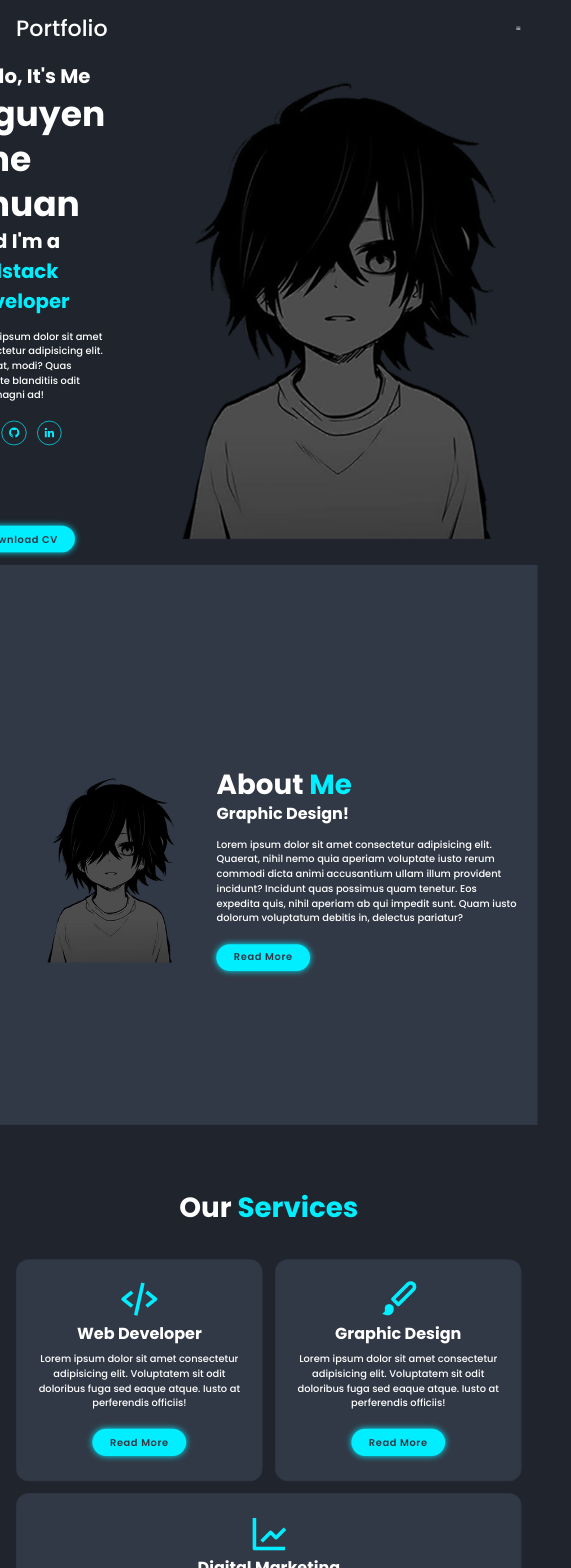
Repository: nguyenthethuan2004/portfolio
Page: index.html
An editor plug-in stored every save of this project. The page is shown before and after a run of saves, followed by the edit.
The browser window is 768 px wide. The page is 816 px wide, then 768 px, so the pictures cover 816 px, including what lies to the right of the window. The pictures show the part of the page from y = 0 to 2240 px (the page is 4093 px tall before and 4398 px after), at 70% of full size.

Above is the page before, as saved 2023-10-03 19:11:19.
Console error: ReferenceError: navbar is not defined

### index.html
<!DOCTYPE html>
<html lang="en">
  <head>
    <meta charset="UTF-8" />
    <meta name="viewport" content="width=device-width, initial-scale=1.0" />
    <title>Nguyen The Thuan</title>

    <!-- custom css -->

    <link rel="stylesheet" href="css/style.css" />

    <!-- box icon -->

    <link
      href="https://unpkg.com/boxicons@2.1.4/css/boxicons.min.css"
      rel="stylesheet"
    />
  </head>
  <body>

    <!-- header design -->

    <header class="header">
      <a href="#" class="logo" id="menu-icon">Portfolio</a>

      <i class='bx bx-menu' ></i>

      <nav class="navbar">
        <a href="#home" class="active">Home</a>
        <a href="#about">About</a>
        <a href="#services">Services</a>
        <a href="#portfolio">Portfolio</a>
        <a href="#contact">Contact</a>
      </nav>
    </header>

    <!-- home setion design -->

    <section class="home" id="home">
      <div class="home-content">
        <h3>Hello, It's Me</h3>
        <h1>Nguyen The Thuan</h1>
        <h3>And I'm a <span>Fullstack Developer</span></h3>
        <p>
          Lorem ipsum dolor sit amet consectetur adipisicing elit. Repellat,
          modi? Quas sapiente blanditiis odit nam magni ad!
        </p>
        <div class="social-media">
          <a href=""><i class="bx bxl-facebook"></i></a>
          <a href=""><i class="bx bxl-github"></i></a>
          <a href=""><i class="bx bxl-linkedin"></i></a>
          <a href=""><i class="bx bxl-youtube"></i></a>
        </div>

        <a href="#" class="btn">Download CV</a>
      </div>

      <div class="home-img">
        <img
          src="Image/315543773_466116068957574_5528625686489521569_n (1).png" alt="Anh"
        />
      </div>
    </section>

    <!-- about section design -->

    <section class="about" id="about">
      <div class="about-img">
        <img src="Image/315543773_466116068957574_5528625686489521569_n (1).png" alt="">
      </div>
      <div class="about-content">
        <h2 class="heading">About <span>Me</span></h2>
        <h3>Graphic Design!</h3>
        <p>Lorem ipsum dolor sit amet consectetur adipisicing elit. Quaerat, nihil nemo quia aperiam voluptate iusto rerum commodi dicta animi accusantium ullam illum provident incidunt? Incidunt quas possimus quam tenetur. Eos expedita quis, nihil aperiam ab qui impedit sunt. Quam iusto dolorum voluptatum debitis in, delectus pariatur?</p>
        <a href="#" class="btn">Read More</a>
      </div>
    </section>

    <!-- services section design -->

    <section class="services" id="services">
      <h2 class="heading">Our <span>Services</span></h2>

      <div class="services-container">
        <div class="services-box">
          <i class='bx bx-code-alt'></i>
          <h3>Web Developer</h3>
          <p>Lorem ipsum dolor sit amet consectetur adipisicing elit. Voluptatem sit odit doloribus fuga sed eaque atque. Iusto at perferendis officiis!</p>
          <a href="#" class="btn">Read More</a>
        </div>

        <div class="services-box">
          <i class='bx bxs-paint' ></i>
          <h3>Graphic Design</h3>
          <p>Lorem ipsum dolor sit amet consectetur adipisicing elit. Voluptatem sit odit doloribus fuga sed eaque atque. Iusto at perferendis officiis!</p>
          <a href="#" class="btn">Read More</a>
        </div>

        <div class="services-box">
          <i class='bx bx-line-chart' ></i>
          <h3>Digital Marketing</h3>
          <p>Lorem ipsum dolor sit amet consectetur adipisicing elit. Voluptatem sit odit doloribus fuga sed eaque atque. Iusto at perferendis officiis!</p>
          <a href="#" class="btn">Read More</a>
        </div>
      </div>
    </section>

    <!-- portfolio section design -->

    <section class="portfolio" id="portfolio">
      <h2 class="heading">Latest <span>Project</span></h2>

      <div class="portfolio-container">
        <div class="portfolio-box">
          <img src="Image/1.jpg" alt="">
          <div class="portfolio-layer">
            <h4>Web Design</h4>
            <p>Lorem, ipsum dolor sit amet consectetur adipisicing elit. Accusamus, exercitationem?</p>
            <a href="#"><i class='bx bx-link-external' ></i></a>
          </div>
        </div>

        <div class="portfolio-box">
          <img src="Image/2.jpg" alt="">
          <div class="portfolio-layer">
            <h4>Web Design</h4>
            <p>Lorem, ipsum dolor sit amet consectetur adipisicing elit. Accusamus, exercitationem?</p>
            <a href="#"><i class='bx bx-link-external' ></i></a>
          </div>
        </div>

        <div class="portfolio-box">
          <img src="Image/3.jpg" alt="">
          <div class="portfolio-layer">
            <h4>Web Design</h4>
            <p>Lorem, ipsum dolor sit amet consectetur adipisicing elit. Accusamus, exercitationem?</p>
            <a href="#"><i class='bx bx-link-external' ></i></a>
          </div>
        </div>

        <div class="portfolio-box">
          <img src="Image/4.jpg" alt="">
          <div class="portfolio-layer">
            <h4>Web Design</h4>
            <p>Lorem, ipsum dolor sit amet consectetur adipisicing elit. Accusamus, exercitationem?</p>
            <a href="#"><i class='bx bx-link-external' ></i></a>
          </div>
        </div>

        <div class="portfolio-box">
          <img src="Image/5.jpg" alt="">
          <div class="portfolio-layer">
            <h4>Web Design</h4>
            <p>Lorem, ipsum dolor sit amet consectetur adipisicing elit. Accusamus, exercitationem?</p>
            <a href="#"><i class='bx bx-link-external' ></i></a>
          </div>
        </div>

        <div class="portfolio-box">
          <img src="Image/6.jpg" alt="">
          <div class="portfolio-layer">
            <h4>Web Design</h4>
            <p>Lorem, ipsum dolor sit amet consectetur adipisicing elit. Accusamus, exercitationem?</p>
            <a href="#"><i class='bx bx-link-external' ></i></a>
          </div>
        </div>
      </div>
    </section>

    <!-- contact section design -->

    <section class="contact" id="contact">
      <h2 class="heading">Contact <span>Me!</span></h2>

      <form action="#">
        <div class="input-box">
          <input type="text" placeholder="Full Name">
          <input type="email" placeholder="Email Address">
        </div>

        <div class="input-box">
          <input type="number" placeholder="Mobile Number">
          <input type="text" placeholder="Email Subject">
        </div>
        <textarea name="" id="" cols="30" rows="10" placeholder="Your Message"></textarea>
        <input type="submit" value="Send Message" class="btn">
      </form>
    </section>

    <!-- footer design -->
    <footer class="footer">
      <div class="footer-text">
        <p>Copyright &copy; 2023 by Nguyen The Thuan | All Rights Reserved.</p>
      </div>

      <div class="footer-iconTop">
        <a href="#home"><i class='bx bx-up-arrow-alt' ></i></a>
      </div>
    </footer>


          <!-- custom js -->
    <script src="js/script.js"></script>


  </body>
</html>

### css/style.css
    @import url('https://fonts.googleapis.com/css2?family=Poppins:ital,wght@0,300;0,500;0,600;0,700;0,800;0,900;1,300;1,400;1,500;1,600;1,700;1,800;1,900&display=swap');
* {
    margin: 0;
    padding: 0;
    box-sizing: border-box;
    text-decoration: none;
    border: none;
    outline: none;
    scroll-behavior:smooth;
    font-family: 'Poppins', sans-serif;
}

:root {
    --bg-color:#1f242d;
    --second-bg-color:#323946;
    --text-color:#fff;
    --main-color:#0ef;
}

html {
    font-size: 62.5%;
    overflow-x: hidden;
}

body {
    background: var(--bg-color);
    color: var(--text-color);
}

section {
    min-height: 100vh;
    padding: 10rem 9% 2rem;
}

.header {
    position: fixed;
    top: 0;
    left: 0;
    width: 100%;
    padding: 2rem 9%;
    background: var(--bg-color);
    display: flex;
    justify-content: space-between;
    align-items: center;
    z-index: 100;
}

.header .sticky {
    border-bottom:.1rem solid rgba(0, 0, 0,.2) ;
}

.logo {
    font-size: 2.5rem;
    color: var(--text-color);
    width: 600px;
    cursor: default;
}

.navbar a {
    font-size: 1.7rem;
    color: var(--text-color);
    margin-left: 4rem;
    transition: .3s;
}

.navbar a:hover,
.navbar a.active {
    color: var(--main-color);
}

#menu-icon {
    font-size: 3.6rem;
    color: var(--text-color);
    display: none;
}

.home {
    display: flex;
    justify-content: center;
    align-items: center;
}

.home-image {
    width: 32vw;
}

.home-content h3 {
    font-size: 3.2rem;
    font-weight: 700;
}


.home-content h3:nth-of-type(2) {
    margin-bottom: 2rem;
}

span {
    color: var(--main-color);
}

.home-content h1 {
    font-size: 5.6rem;
    font-weight: 700;
    line-height: 1.3;
}

.home-content p {
    font-size: 1.6rem;
}

.social-media a {
    display: inline-flex;
    justify-content: center;
    align-items: center;
    width: 4rem;
    height: 4rem;
    background: transparent;
    border: .2rem solid var(--main-color);
    border-radius: 50%;
    font-size: 2rem;
    color: var(--main-color);
    margin: 3rem 1.5rem 3rem 0;
    transition: .3s ease;
}
.social-media a:hover {
    background: var(--main-color);
    color: var(--second-bg-color);
    box-shadow: 0 0 1rem var(--main-color);
}

.btn {
    display: inline-block;
    padding: 1rem 2.8rem;
    background: var(--main-color);
    border-radius: 4rem;
    box-shadow: 0 0 1rem var(--main-color);
    font-size: 1.6rem;
    color: var(--second-bg-color);
    letter-spacing: .1rem;
    font-weight: 600;
    transition: .5s ease-in-out;
}

.btn:hover {
    box-shadow: none;

}

.about {
    display: flex;
    justify-content: center;
    align-items: center;
    gap: 2rem;
    background: var(--second-bg-color);
}

.about-img img {
    width: 35vw;
}

.heading {
    text-align: center;
    font-size: 4.5rem;
}

.about-content h2 {
    text-align: left;
    line-height: 1.2;
}

.about-content h3 {
    font-size:2.6rem;
}

.about-content p {
    font-size: 1.6rem;
    margin: 2rem 0 3rem 0;
}

.services h2 {
    margin-bottom: 5rem;
}

.services-container {
    display:flex;
    justify-content: center;
    align-items: center;
    flex-wrap: wrap;
    gap:2rem;
}

.services-container .services-box {
    flex: 1 1 30rem;
    background: var(--second-bg-color);
    padding: 3rem 2rem 4rem;
    border-radius: 2rem;
    text-align: center;
    border: .2rem solid var(--second-bg-color);
    transition: .5s ease;
}

.services-container .services-box:hover {
    border-color: var(--main-color);
    transform: scale(1.02);
}

.services-box i {
    font-size: 7rem;
    color: var(--main-color);
}

.services-box h3 {
    font-size: 2.6rem;
}

.services-box p {
    font-size: 1.6rem;
    margin: 1rem 0 3rem;
}

.portfolio {
    background:var(--second-bg-color) ;
}

.portfolio h2 {
    margin-bottom: 4rem;
}

.portfolio-container {
    display: grid;
    grid-template-columns: repeat(3, 1fr);
    align-items: center;
    gap: 2.5rem ;
}

.portfolio-container .portfolio-box {
    position: relative;
    border-radius: 2rem ;
    box-shadow: 0 0 1rem var(--bg-color);
    overflow: hidden;
    display: flex;
}

.portfolio-box img {
    width: 100%;
    transition: .5s ease;
}

.portfolio-box:hover img {
    transform: scale(1.1);
}

.portfolio-box .portfolio-layer {
    position: absolute;
    bottom: 0;
    left: 0;
    width: 100%;
    height: 100%;
    background: linear-gradient( rgba(0, 0, 0,.1), var(--main-color));
    display: flex;
    justify-content: center;
    align-items: center;
    flex-direction: column;
    text-align: center;
    padding: 0 4rem;
    transform: translateY(100%);
    transition: .5s ease;

}

.portfolio-box:hover .portfolio-layer {
    transform: translateY(0);

}

.portfolio-box .portfolio-layer h4 {
    font-size: 4rem;
}

.portfolio-layer p {
    font-size: 1.6rem;
    margin: .3rem 0 1rem 0;
}

.portfolio-layer a {
    display: inline-flex;
    justify-content: center;
    align-items: center;
    width: 3.7rem;
    height: 3.7rem;
    background:var(--text-color);
    border-radius: 50%;
}

.portfolio-layer a i {
    font-size: 2rem;
    color: var(--second-bg-color);
}

.contact h2 {
    margin-bottom: 3rem;
}

.contact form {
    max-width: 70rem;
    margin: 1rem auto;
    text-align: center;
    margin-bottom: 3rem;
}

.contact form .input-box {
    display: flex;
    justify-content: space-between;
    flex-wrap: wrap;
}

.contact form .input-box input,
.contact form textarea {
    width: 100%;
    padding: 1.5rem;
    font-size:1.6rem;
    color: var(--text-color);
    background: var(--second-bg-color);
    border-radius: .8rem;
    margin: .7rem 0;
}

.contact form .input-box input {
    width: 49%;
}

.contact form textarea {
    resize: none;
}

.contact form .btn {
     margin-top: 2rem;
     cursor: pointer;
}

.footer {
    display: flex;
    justify-content: space-between  ;
    align-items: center;
    flex-wrap: wrap;
    padding: 2rem 9%;
    background: var(--second-bg-color);
}

.footer-text {
    font-size: 1.5rem;
}

.footer-iconTop a {
    display: inline-flex;
    justify-content: center;
    align-items: center;
    padding: .8rem;
    background: var(--main-color);
    border-radius: .8rem;
    transition: .5s ease;
}

.footer-iconTop a:hover {
    box-shadow: 0 0 1rem var(--main-color);
}

.footer-iconTop a i {
    font-size: 2rem;
    color: var(--second-bg-color);
}

/* ---------------------------------BREAKPOINTS------------------------- */

@media (max-width:1200px) {
    html {
        font-size: 55%;
    }
}

@media (max-width:991px) {
    .header {
        padding: 2rem 3%;
    }

    section {
        padding: 10rem 3% 2rem;
    }

    .footer {
        padding: 2rem 3%;
    }
}

@media (max-width:768px) {
    #menu-icon{
        display: block;
    }

    .navbar {
        position:  absolute;
        top: 100%;
        left: 0;
        width: 100%;
        padding: 1rem 3%;
        background: var(--bg-color);
        border-top: .1rem solid rgba(0, 0, 0,.2);
        box-shadow: 0 0.5rem 1rem rgba(0, 0, 0,.2);
        display: none;
    }

    .navbar .active {
        display: block;
    }

    .navbar a {
        display:block;
        font-size: 2rem;
        margin: 3rem 0;

    }

    .home {
        flex
    }
}

### js/script.js
/*========================= toggle icon navbar ========================*/

let menuIcon = document.querySelector('#menu-icon');
let navbarIcon = document.querySelector('.navbar');

menuIcon.onclick = () => {
    menuIcon.classList.toggle('bx-x');
    navbar.classList.toggle('active');
};

/*========================= scroll sections avtive link ========================*/

 let sections = document.querySelectorAll('section');
 let navLinks = document.querySelectorAll('header nav a');

 window.onscroll = () => {
    sections.forEach(sec => {
        let top = window.scrollY;
        let offset = sec.offsetTop - 150;
        let height = sec.offsetHeight;
        let id =  sec.getAttribute('id');

        if (top >= offset && top < offset + height) {
            navLinks.forEach(links => {
                links.classList.remove('active');
                document.querySelector('header nav a[href*=' + id + ']').classList.add('active');

            });
        };
    });
    /*========================= sticky navbar =========================*/

    let header = document.querySelector('header');

    header.classList.toggle('sticky', window.scrollY > 100);

    /*========================= remove toggle icon and navbar when click navbar links ========================*/
    menuIcon.classList.remove('bx-x');
    navbar.classList.remove('active');
};

After the next 2 saves:
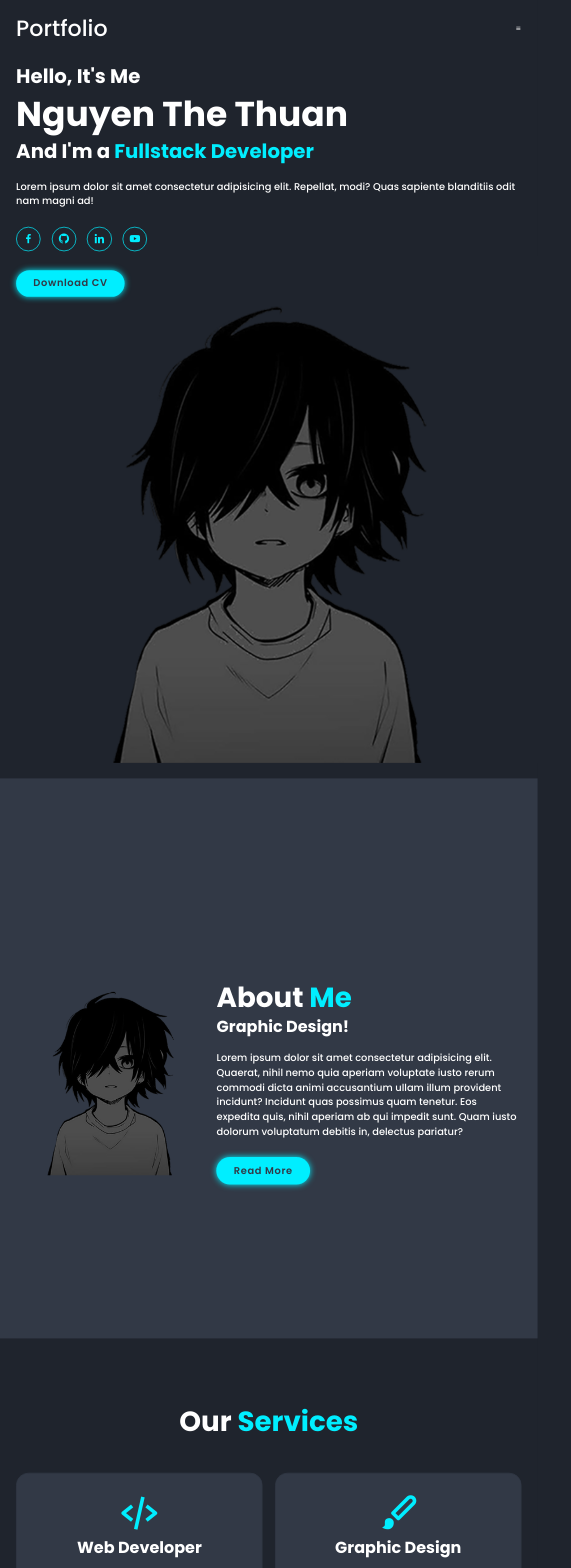
The 2 saves are shown as one change because they came seconds apart.
The last was saved 6 s later.
--- a/css/style.css
+++ b/css/style.css
@@ -421,6 +421,6 @@ span {
     }
 
     .home {
-        flex
-    }
-}
+        flex-direction: column;
+    }
+}
